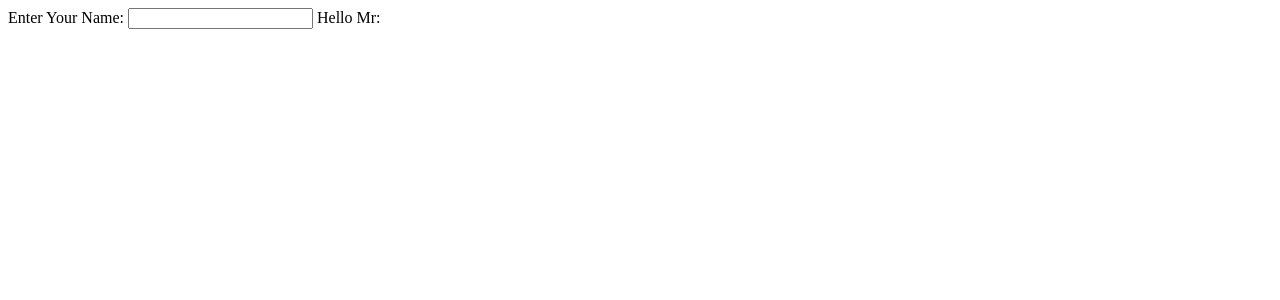
Repository: jack-1195/dtproject
Page: angular/DemoAngularJS/WebContent/Test.html
These files come from the project's save history. The page is drawn as it stood at one moment and after the next save; the edit follows.
The browser window is 1280 px wide. The pictures show the whole page.
Some web libraries are served in a nearby version.

Above is the page before, as saved 2016-07-01 04:52:10.

After the next save:
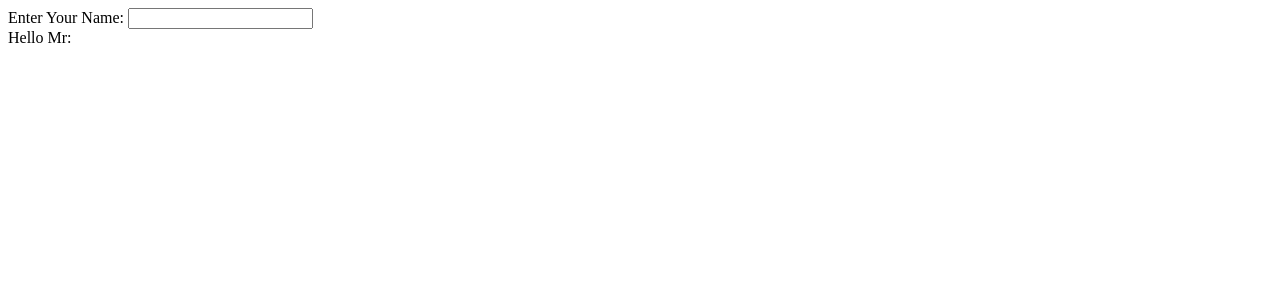
Saved 81 s later.
--- a/angular/DemoAngularJS/WebContent/Test.html
+++ b/angular/DemoAngularJS/WebContent/Test.html
@@ -8,7 +8,7 @@
 </head>
 
 <body ng-app="">
-Enter Your Name: <input type ="text">
+Enter Your Name: <input type ="text"><br>
 Hello Mr:
 
 </body>
